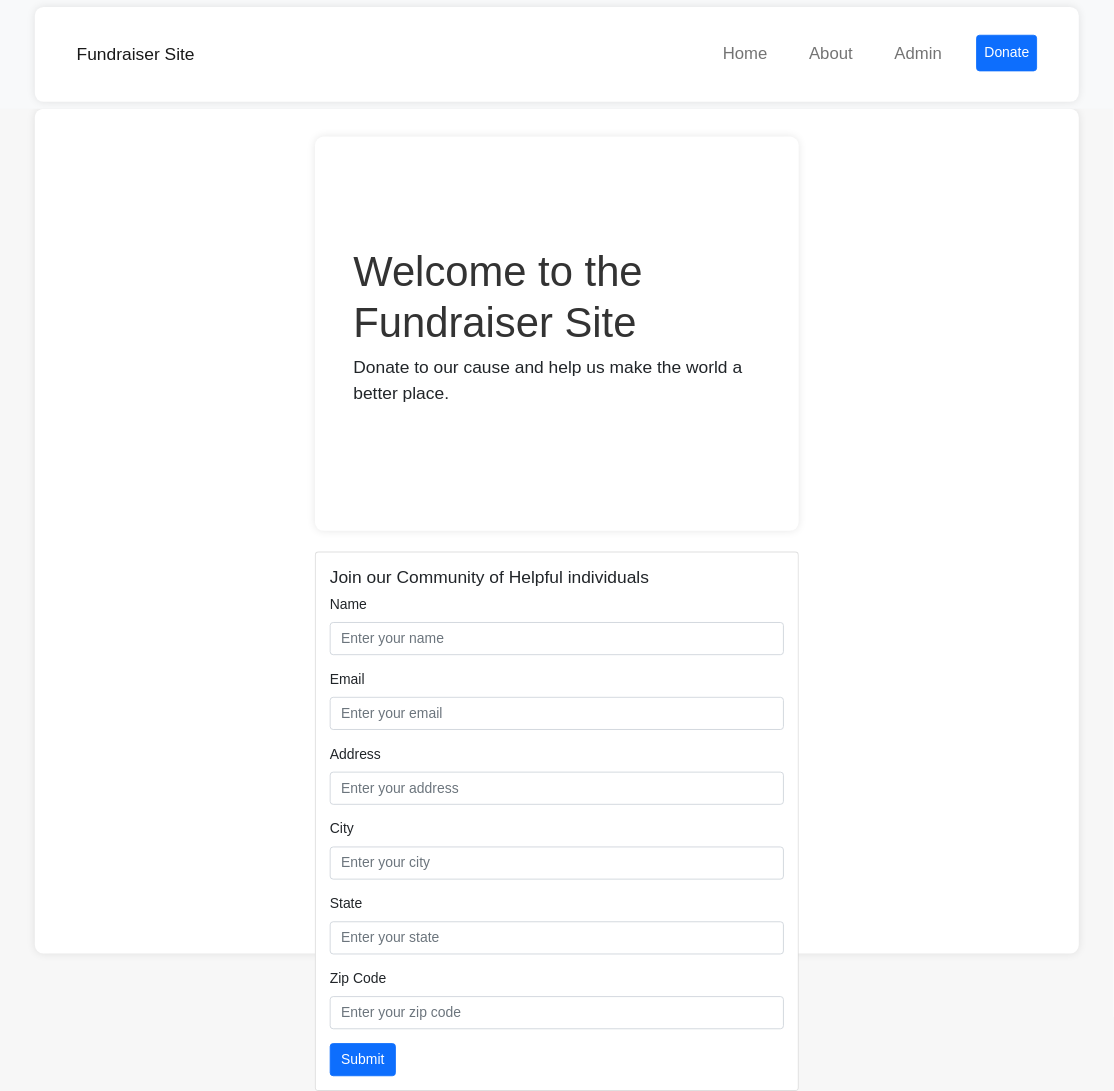
Repository: DragonFruit8/Fundraiser-Page
Page: /
An editor plug-in stored every save of this project. The page is shown before and after the next save, followed by the edit.
The browser window is 1280 px wide. The pictures show the whole page, at 87% of full size.
The project was rebuilt for these pictures with package versions that can differ from the ones it lists, and the page was loaded fresh each time. Also part of the build but not shown: src/pages/About.js, src/pages/Donate.js, src/pages/Admin.js.

Above is the page before, as saved 2024-07-19 13:02:56.

After the next save:
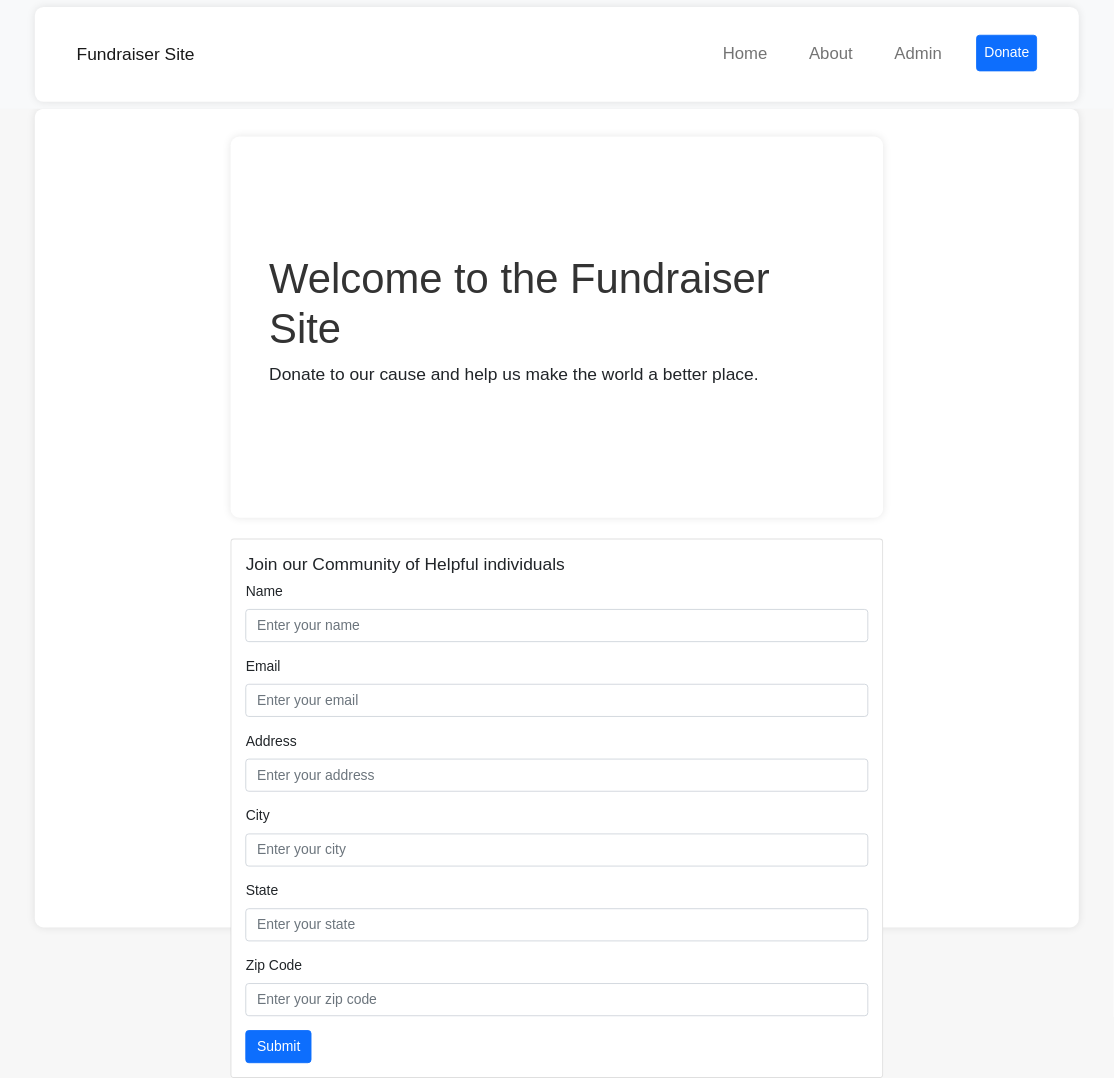
Saved 5 s later.
--- a/src/pages/HomeContainer.js
+++ b/src/pages/HomeContainer.js
@@ -33,7 +33,7 @@ const HomeContainer = () => {
     return (
         <section className="container">
             <div className="row justify-content-center">
-                <div className="col-md-6">
+                <div className="col-md-8">
                     <div className="d-flex container row h-50 justify-content-center align-items-center">
                         <div className="col">
                             <h1 className="display-5">Welcome to the Fundraiser Site</h1>
